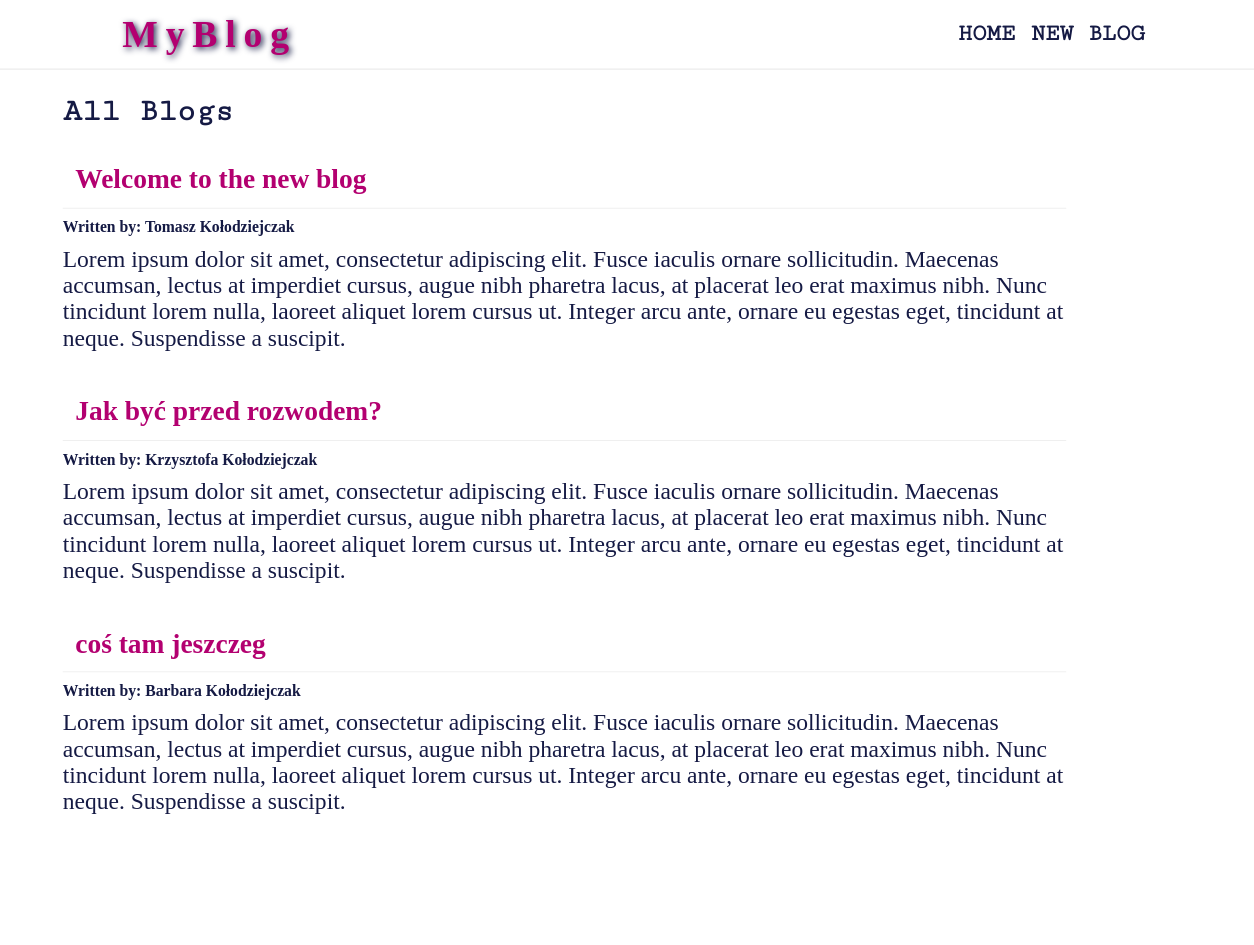
Repository: KrzysKolo/myBlog
Page: /
The author's editor kept a copy of each file at every save. The page is drawn from the files as they stood at one save, then again after the next save.
The browser window is 1280 px wide. The pictures show the whole page, at 98% of full size.
Some web fonts or font styles are not loaded; a fallback is used. The project was rebuilt for these pictures with package versions that can differ from the ones it lists, and the page was loaded fresh each time. Requests to the local data server were answered from the project's data file. Also part of the build but not shown: src/pages/Blog/Blog.css, src/pages/Blog/Blog.js, src/pages/BlogNote/BlogNote.css, src/pages/BlogNote/BlogNote.js.

Above is the page before, as saved 2021-04-27 12:08:13.

After the next save:
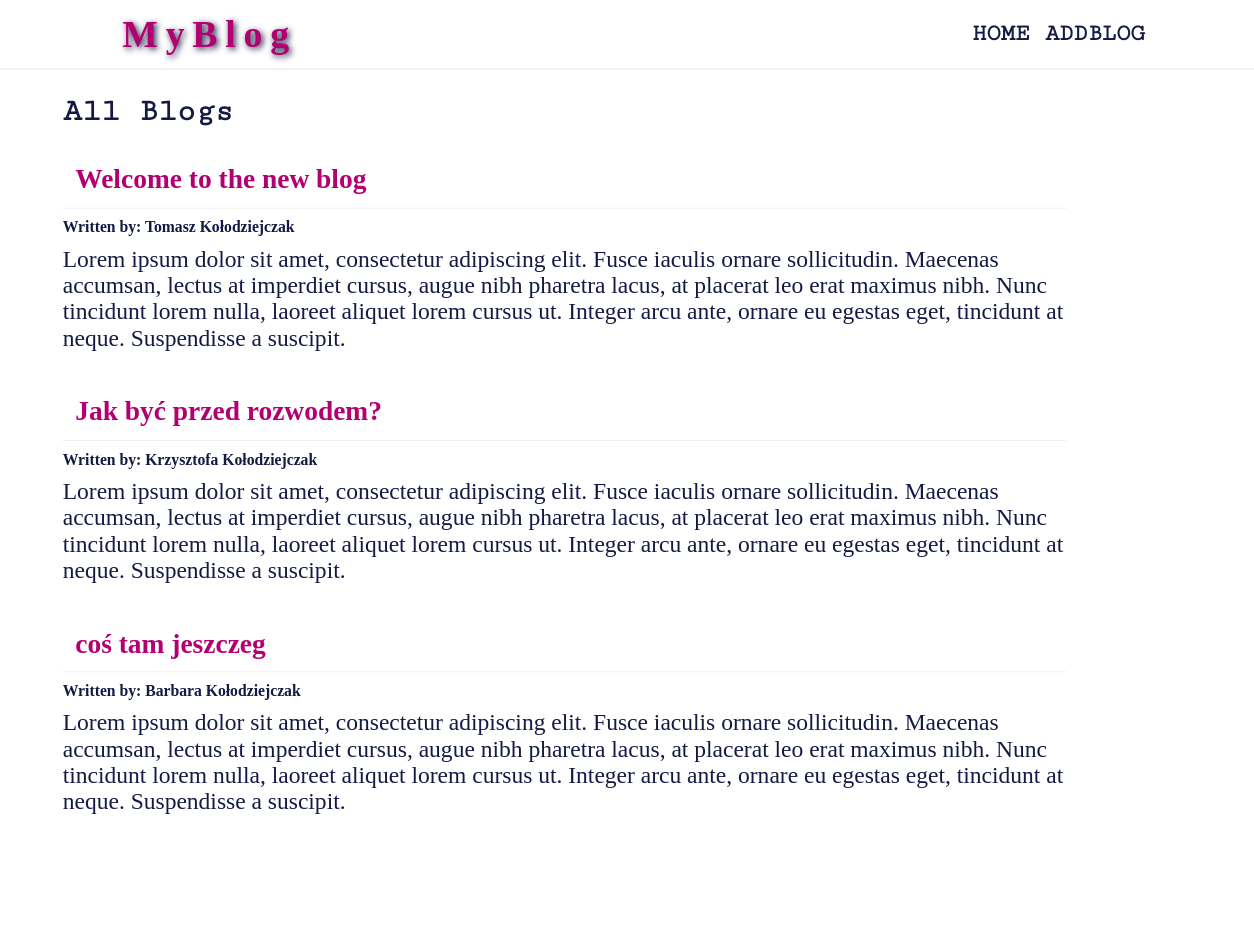
Saved 47 s later.
--- a/src/components/Navigation/dataMenu.js
+++ b/src/components/Navigation/dataMenu.js
@@ -1,6 +1,6 @@
 const dataMenu=[
     { name: 'Home', path: "/", exact: true },
-    { name: 'New Blog', path: "/blog"},
+    { name: 'AddBlog', path: "/blog"},
 /*     { name: 'NoteBlog', path: "/contact"},
     { name: 'Posts', path: "/posts" }, */
 ];
